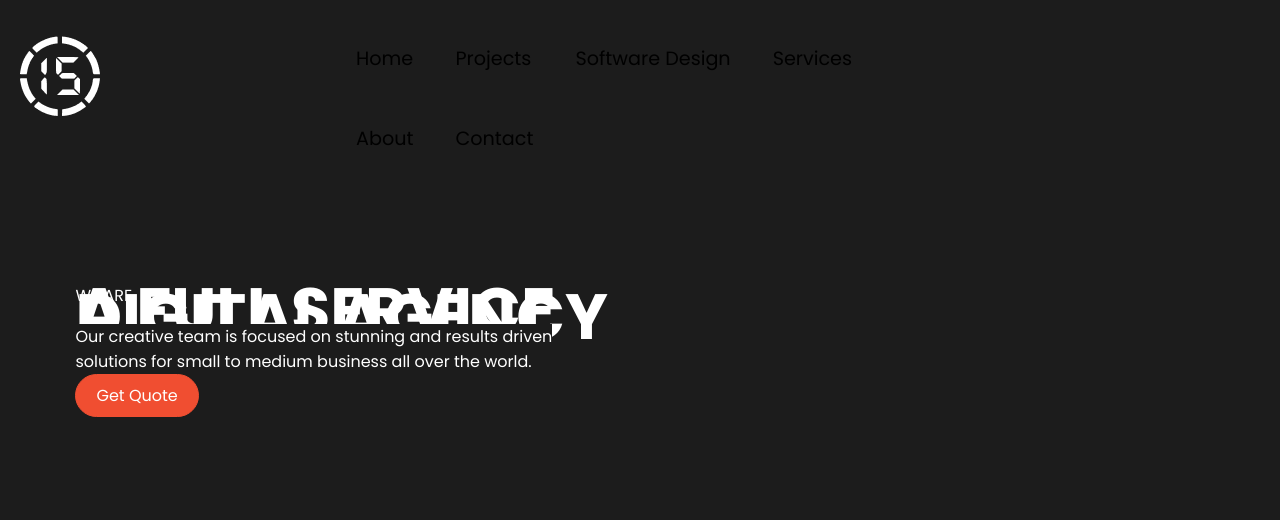
Repository: gopalpurohit54/one5
Page: /
The author's editor kept a copy of each file at every save. The page is drawn from the files as they stood at one save, then again after the next save.
The browser window is 1280 px wide. The pictures show the whole page.
The project was rebuilt for these pictures with package versions that can differ from the ones it lists, and the page was loaded fresh each time.

Above is the page before, as saved 2021-06-11 14:52:20.

After the next save:
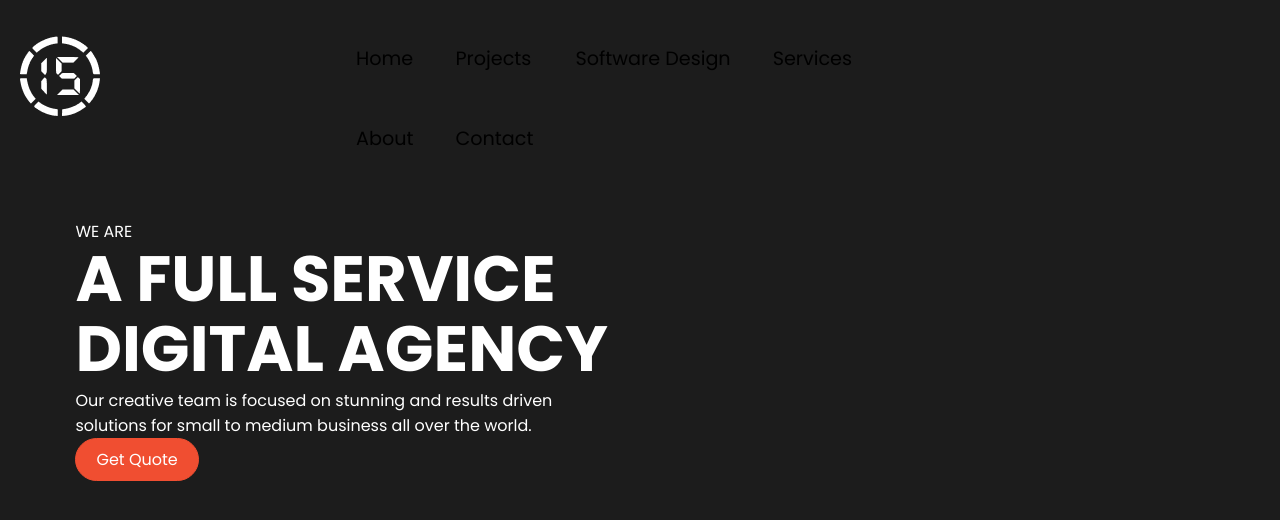
Saved 11 s later.
--- a/src/components/HeroSection.js
+++ b/src/components/HeroSection.js
@@ -38,7 +38,7 @@ function HeroSection() {
         h1 {
             margin-bottom: 0.25rem;
             font-size: 4rem;
-            line-height: 0.1;
+            line-height: 1.1;
         }
 
         .hero-shortdesc p {
